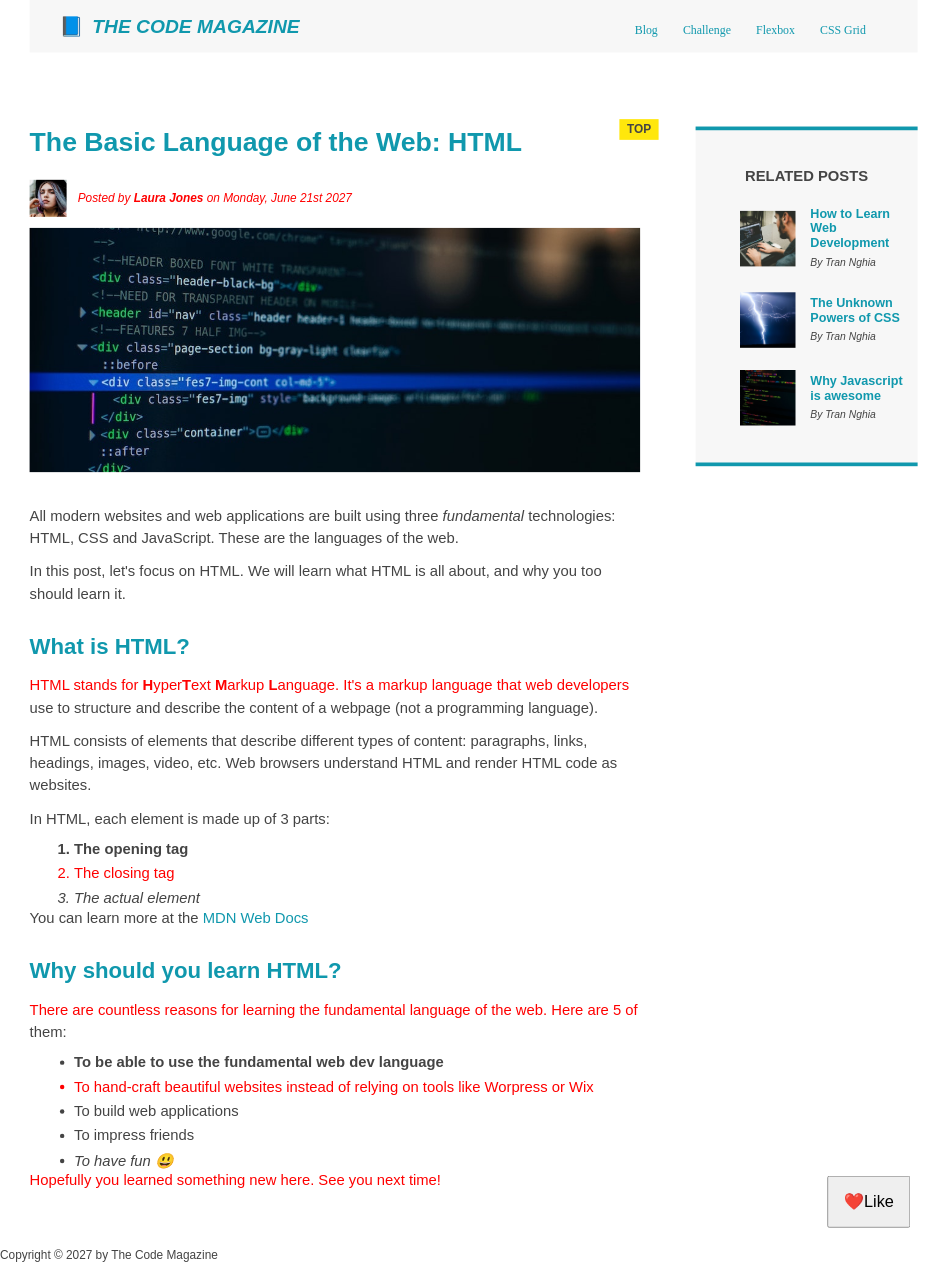
Repository: nghiakma/HTML-CSS-Fundamental
Page: HTML/index.html
These files come from the project's save history. The page is drawn as it stood at one moment and after the next save; the edit follows.
The browser window is 1280 px wide. The pictures show the whole page, at 74% of full size.

Above is the page before, as saved 2023-08-24 15:41:05.

After the next save:
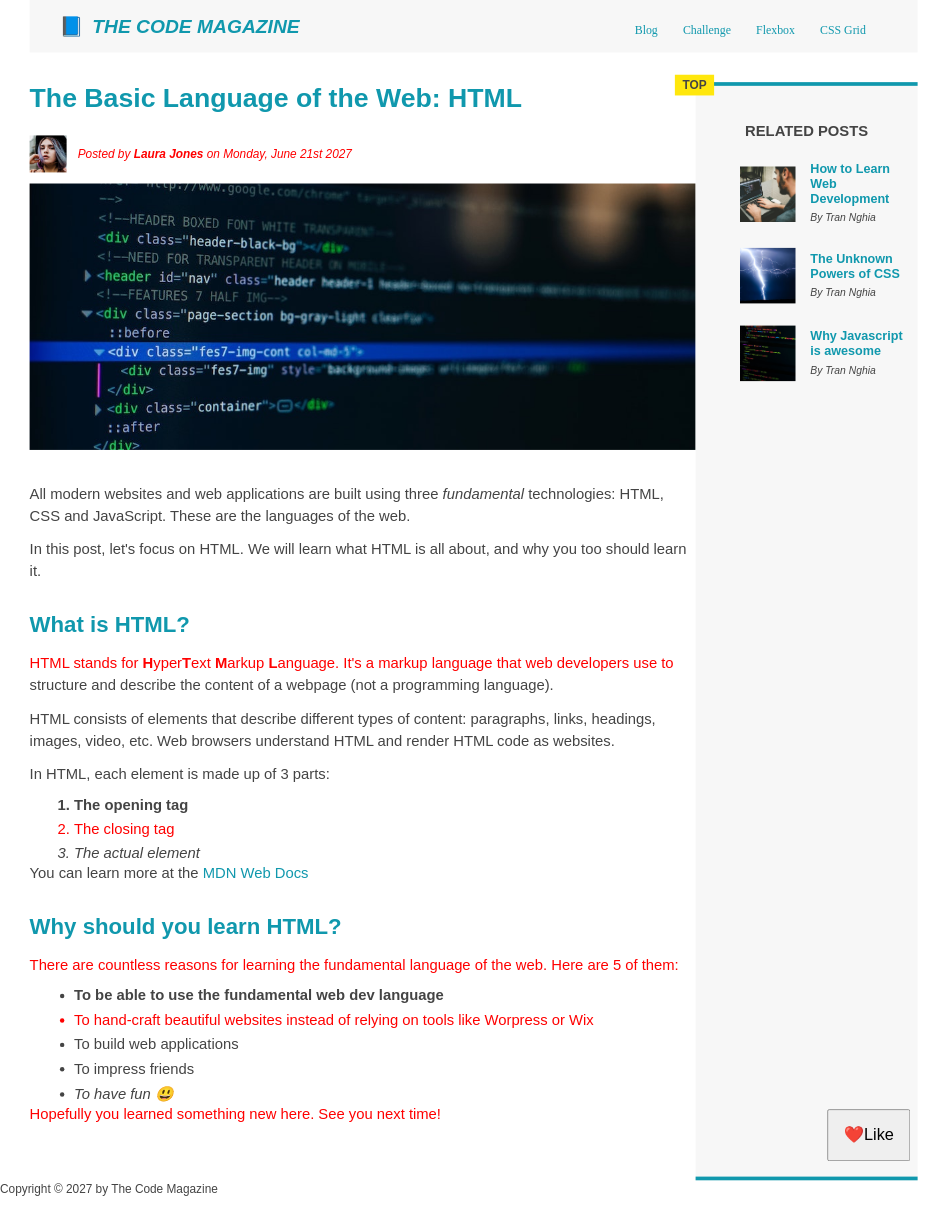
Saved 19 s later.
--- a/CSS/grid.css
+++ b/CSS/grid.css
@@ -39,9 +39,6 @@
 .container {
   display: grid;
   grid-template-columns: 1fr 300px;
-  column-gap: 75px;
-  row-gap: 60px;
-  align-items: start;
 }
 
 .main-header {
